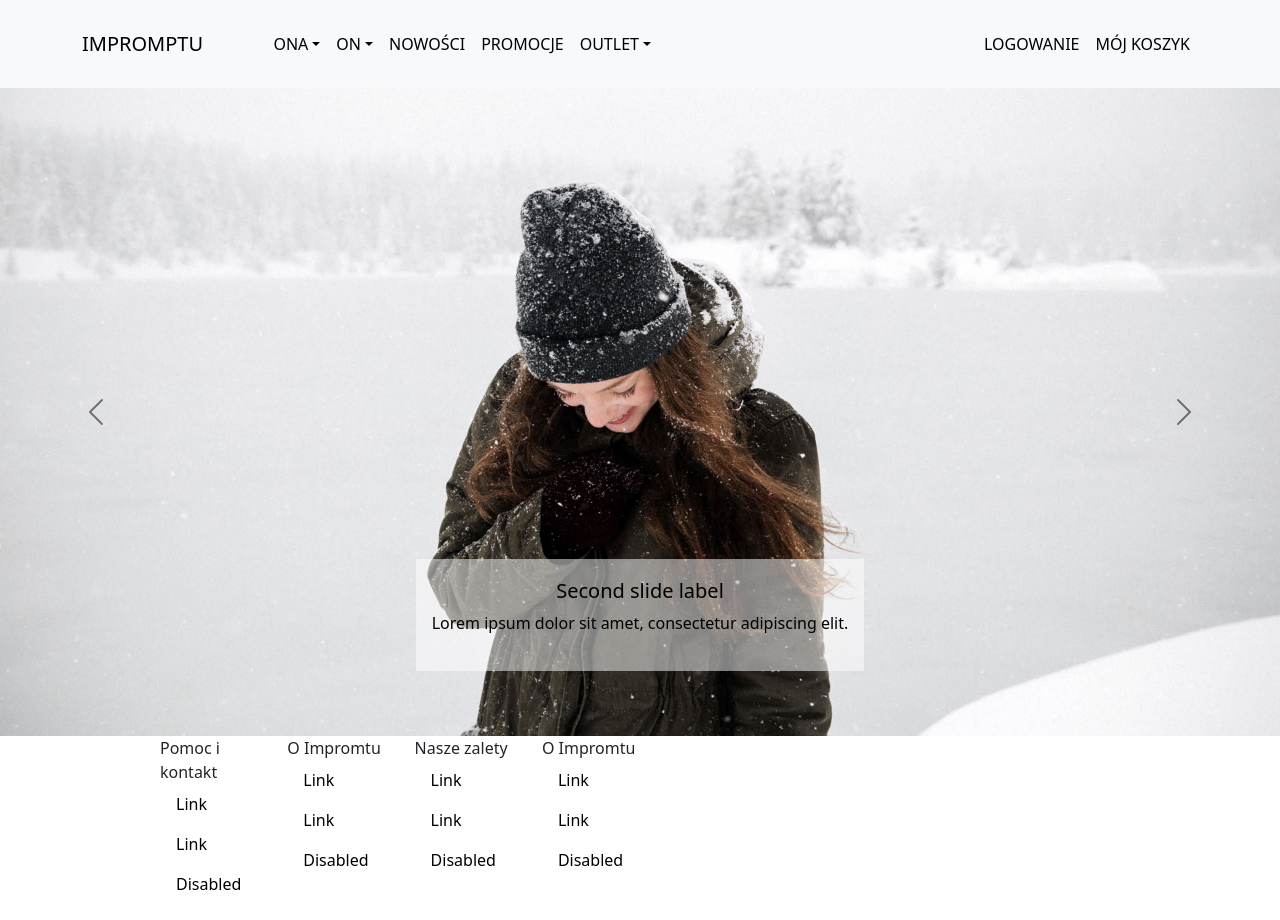
Repository: michalgornicki/Impromptu
Page: /
An editor plug-in stored every save of this project. The page is shown before and after the next save, followed by the edit.
The browser window is 1280 px wide. The pictures show the whole page.
The project was rebuilt for these pictures with package versions that can differ from the ones it lists, and the page was loaded fresh each time.

Above is the page before, as saved 2021-12-23 13:37:03.

### src/App.jsx
import React from "react";
import "./App.css";
import "bootstrap/dist/css/bootstrap.min.css";
import Container from "react-bootstrap/Container";
import Navbar from "react-bootstrap/Navbar";
import Nav from "react-bootstrap/Nav";
import NavDropdown from "react-bootstrap/NavDropdown";
import Carousel from "react-bootstrap/Carousel";
import Row from "react-bootstrap/Row";
import Col from "react-bootstrap/Col";
import photo1 from "./1.jpg";
import photo2 from "./2.jpg";
import photo3 from "./3.jpg";
import photo4 from "./4.jpg";
import photo5 from "./5.jpg";

function App() {
  return (
    <p>
      <Navbar
        collapseOnSelect
        expand="lg"
        bg="light"
        variant="light"
        className="py-4 display-7 text-dark"
      >
        <Container>
          <Navbar.Brand href="#home" className="w-15">IMPROMPTU</Navbar.Brand>
          <Navbar.Toggle aria-controls="responsive-navbar-nav" />
          <Navbar.Collapse id="responsive-navbar-nav">
            <Nav className="me-auto">
              <NavDropdown title="ONA" id="collasible-nav-dropdown">
                <NavDropdown.Item href="#action/3.1">Action</NavDropdown.Item>
                <NavDropdown.Item href="#action/3.2">
                  Another action
                </NavDropdown.Item>
                <NavDropdown.Item href="#action/3.3">
                  Something
                </NavDropdown.Item>
                <NavDropdown.Divider />
                <NavDropdown.Item href="#action/3.4">
                  Separated link
                </NavDropdown.Item>
              </NavDropdown>
              <NavDropdown title="ON" id="collasible-nav-dropdown">
                <NavDropdown.Item href="#action/3.1">Action</NavDropdown.Item>
                <NavDropdown.Item href="#action/3.2">
                  Another action
                </NavDropdown.Item>
                <NavDropdown.Item href="#action/3.3">
                  Something
                </NavDropdown.Item>
                <NavDropdown.Divider />
                <NavDropdown.Item href="#action/3.4">
                  Separated link
                </NavDropdown.Item>
              </NavDropdown>
              <Nav.Link href="#pricing">NOWOŚCI</Nav.Link>
              <Nav.Link href="#pricing">PROMOCJE</Nav.Link>
              <NavDropdown title="OUTLET" id="collasible-nav-dropdown">
                <div className="flex flex-column">
                  <div className="container">
                <NavDropdown.Item href="#action/3.1">Action</NavDropdown.Item>
                <NavDropdown.Item href="#action/3.2">
                  Another action
                </NavDropdown.Item>
                <NavDropdown.Item href="#action/3.3">
                  Something
                </NavDropdown.Item>
                <NavDropdown.Divider />
                <NavDropdown.Item href="#action/3.4">
                  Separated link
                </NavDropdown.Item>
                </div>
                <div className="container">
                <NavDropdown.Item href="#action/3.1">Action</NavDropdown.Item>
                <NavDropdown.Item href="#action/3.2">
                  Another action
                </NavDropdown.Item>
                <NavDropdown.Item href="#action/3.3">
                  Something
                </NavDropdown.Item>
                <NavDropdown.Divider />
                <NavDropdown.Item href="#action/3.4">
                  Separated link
                </NavDropdown.Item>
                </div>
                </div>
              </NavDropdown>
            </Nav>
            <Nav>
              <Nav.Link href="#deets">LOGOWANIE</Nav.Link>
              <Nav.Link href="#memes">MÓJ KOSZYK</Nav.Link>
            </Nav>
          </Navbar.Collapse>
        </Container>
      </Navbar>

      <Carousel variant="dark" indicators={false}>
  <Carousel.Item>
    <img
      className="d-block w-100"
      src={photo1}
      alt="First slide"
    />
    <Carousel.Caption>
      <h5>First slide label</h5>
      <p>Nulla vitae elit libero, a pharetra augue mollis interdum.</p>
    </Carousel.Caption>
  </Carousel.Item>
  <Carousel.Item>
    <img
      className="d-block w-100"
      src={photo2}
      alt="Second slide"
    />
    <Carousel.Caption>
      <h5>Second slide label</h5>
      <p>Lorem ipsum dolor sit amet, consectetur adipiscing elit.</p>
    </Carousel.Caption>
  </Carousel.Item>
  <Carousel.Item>
    <img
      className="d-block w-100"
      src={photo3}
      alt="Third slide"
    />
    <Carousel.Caption>
      <h5>Third slide label</h5>
      <p>Praesent commodo cursus magna, vel scelerisque nisl consectetur.</p>
    </Carousel.Caption>
  </Carousel.Item>
  <Carousel.Item>
    <img
      className="d-block w-100"
      src={photo4}
      alt="Third slide"
    />
    <Carousel.Caption>
      <h5>Third slide label</h5>
      <p>Praesent commodo cursus magna, vel scelerisque nisl consectetur.</p>
    </Carousel.Caption>
  </Carousel.Item>
  <Carousel.Item>
    <img
      className="d-block w-100"
      src={photo5}
      alt="Third slide"
    />
    <Carousel.Caption>
      <h5>Third slide label</h5>
      <p>Praesent commodo cursus magna, vel scelerisque nisl consectetur.</p>
    </Carousel.Caption>
  </Carousel.Item>
</Carousel>


<Nav
  activeKey="/home"
  className="w-75 m-auto"
>
  <Row>
  <Col>
  <div>
    Pomoc i kontakt
  </div>
  <Nav.Item>
    <Nav.Link eventKey="link-1">Link</Nav.Link>
  </Nav.Item>
  <Nav.Item>
    <Nav.Link eventKey="link-2">Link</Nav.Link>
  </Nav.Item>
  <Nav.Item>
    <Nav.Link eventKey="disabled" disabled>
      Disabled
    </Nav.Link>
  </Nav.Item>
  </Col>
  <Col>
  <div>
    O Impromtu
  </div>
  <Nav.Item>
    <Nav.Link eventKey="link-1">Link</Nav.Link>
  </Nav.Item>
  <Nav.Item>
    <Nav.Link eventKey="link-2">Link</Nav.Link>
  </Nav.Item>
  <Nav.Item>
    <Nav.Link eventKey="disabled" disabled>
      Disabled
    </Nav.Link>
  </Nav.Item>
  </Col>
  <Col>
  <div>
    Nasze zalety
  </div>
  <Nav.Item>
    <Nav.Link eventKey="link-1">Link</Nav.Link>
  </Nav.Item>
  <Nav.Item>
    <Nav.Link eventKey="link-2">Link</Nav.Link>
  </Nav.Item>
  <Nav.Item>
    <Nav.Link eventKey="disabled" disabled>
      Disabled
    </Nav.Link>
  </Nav.Item>
  </Col>
  <Col>
  <div>
    O Impromtu
  </div>
  <Nav.Item>
    <Nav.Link eventKey="link-1">Link</Nav.Link>
  </Nav.Item>
  <Nav.Item>
    <Nav.Link eventKey="link-2">Link</Nav.Link>
  </Nav.Item>
  <Nav.Item>
    <Nav.Link eventKey="disabled" disabled>
      Disabled
    </Nav.Link>
  </Nav.Item>
  </Col>
  </Row>
</Nav>


    </p>
  );
}

export default App;

### src/App.css
.w-15{
    width: 15%!important;
}

.display-7{
    font-size: 1rem;
}

.nav-link {
    color: black!important;
}

.carousel img {
    height: 90vh;
    object-fit: cover;
}

.carousel-caption{
    background-color: rgba(255, 255, 255, 0.5);
    bottom: 10%!important;
    width: 35%;
    margin: auto;
}

Loaded but not shown: public/index.html (common file); src/index.js (common file); src/index.css (common file); src/reportWebVitals.js (common file)

After the next save:
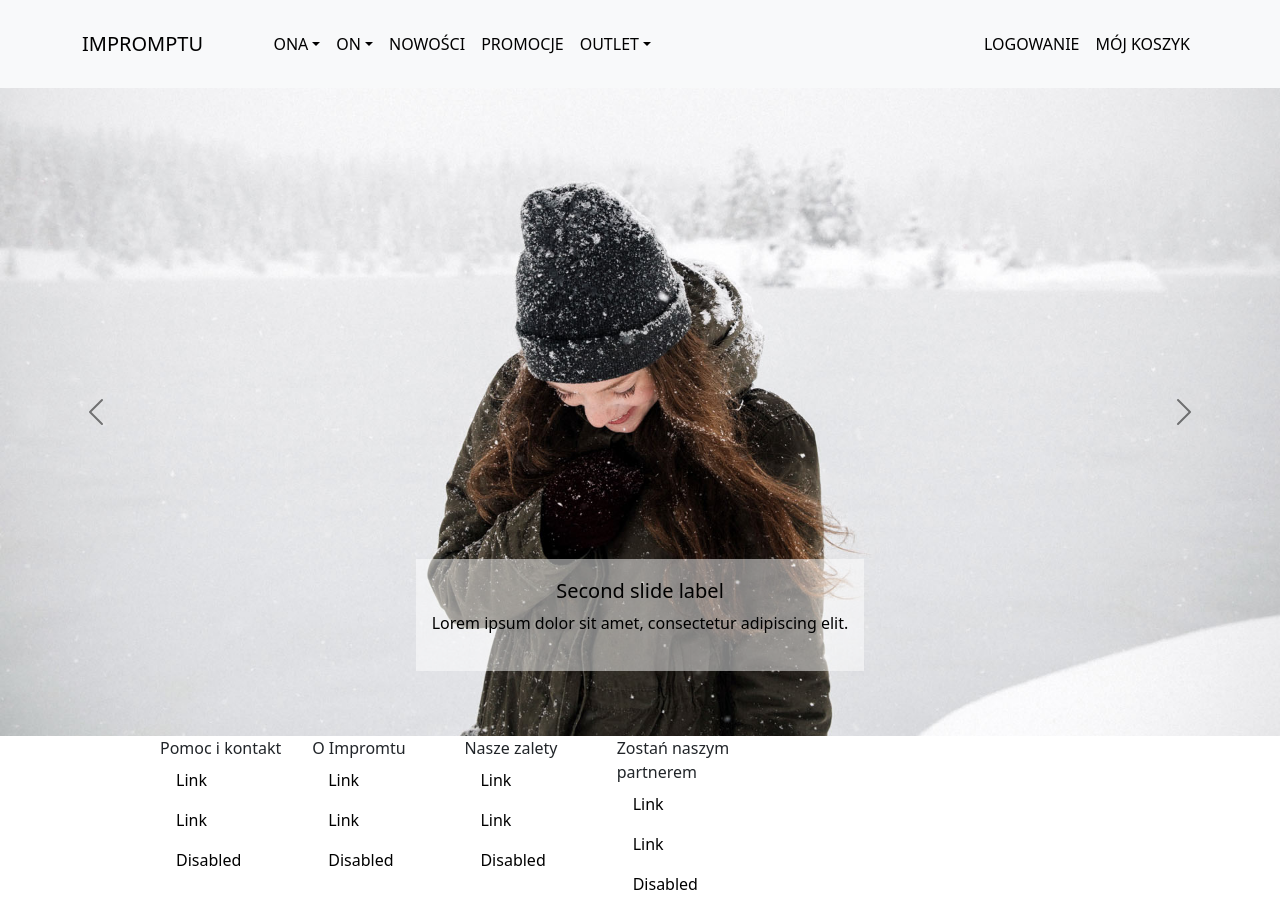
Saved 8 s later.
--- a/src/App.jsx
+++ b/src/App.jsx
@@ -210,7 +210,7 @@ function App() {
   </Col>
   <Col>
   <div>
-    O Impromtu
+    Zostań naszym partnerem
   </div>
   <Nav.Item>
     <Nav.Link eventKey="link-1">Link</Nav.Link>
